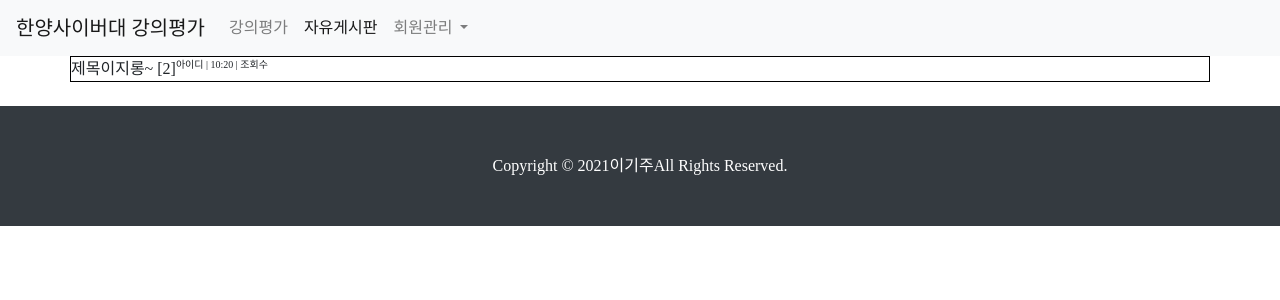
Repository: lkjjjang/hycu
Page: http://localhost/hycujjang/mobile.jsp
An editor plug-in stored every save of this project. The page is shown before and after the next save, followed by the edit.
The browser window is 1280 px wide. The pictures show the whole page.
Some web fonts or font styles are not loaded; a fallback is used. The page is served by Tomcat 9. Nobody is signed in. The application's start-up code is not run.

Above is the page before, as saved 2022-01-02 09:09:59.

After the next save:
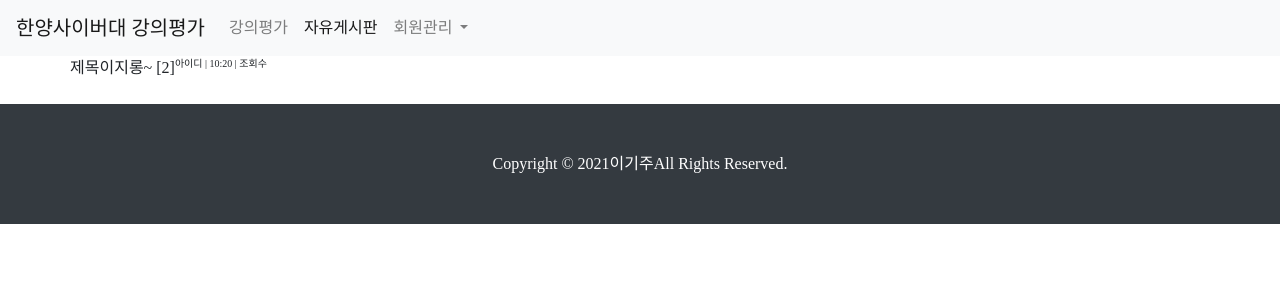
Saved 40 s later.
--- a/hycujjang/WebContent/mobile.jsp
+++ b/hycujjang/WebContent/mobile.jsp
@@ -52,7 +52,7 @@
 	</nav>
 
 	<div class="container">
-		<div class="row b">
+		<div class="row">
 			<div >
 				제목이지롱~ [2]
 			</div>
